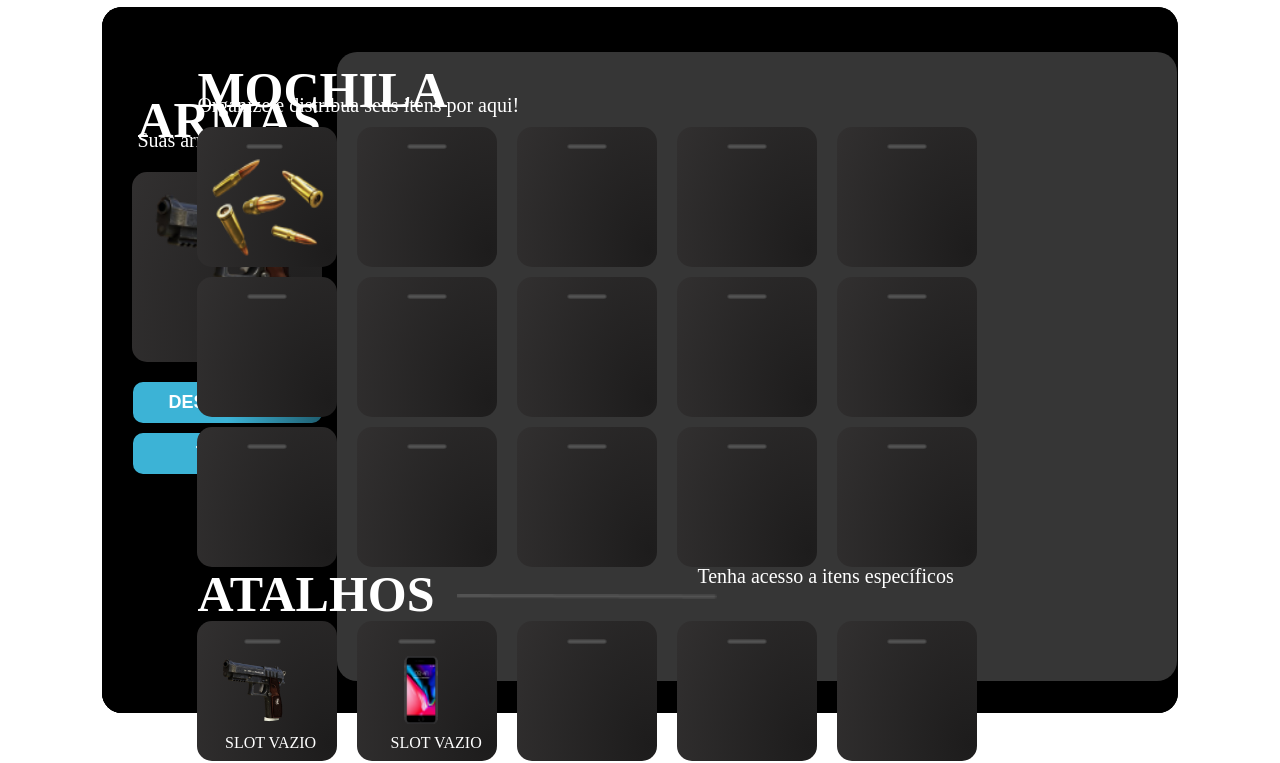
Repository: DuMCorrea/Mochila
Page: index.html
These files come from the project's save history. The page is drawn as it stood at one moment and after the next save; the edit follows.
The browser window is 1280 px wide. The pictures show the whole page.
Some web fonts or font styles are not loaded; a fallback is used.

Above is the page before, as saved 2024-09-03 10:25:41.

### index.html
<!DOCTYPE html>
<html lang="pt-BR">
<head>
    <meta charset="UTF-8">
    <meta name="viewport" content="width=device-width, initial-scale=1.0">
    <link href="https://fonts.googleapis.com/css2?family=Baloo+Bhai+2&display=swap" rel="stylesheet">
    <title>Modelo de Tela</title>
    <link rel="stylesheet" href="styles.css">
</head>
<body>
    <div class="container">
        <div class="background-rectangle">
            <div class="left-div">
                <div class="content-left">
                    <h1>ARMAS</h1>
                    <p>Suas armas equipadas!</p>
                    <div class="image-container">
                        <img src="assets/ARMA.png" alt="Imagem" />
                    </div>
                    <button class="desequipar-btn">DESEQUIPAR</button>
                    <button class="todas">TODAS</button>
                </div>
            </div>
            <div class="right-div">
                <div class="content-right">
                    <h1>MOCHILA</h1>
                    <p>Organize e distribua seus itens por aqui!</p>
                    <div class="squares-container">
                        <div class="square">
                            <img src="assets/traco.png" alt="Imagem" class="square-image-unic">
                            <img src="assets/balas.png" alt="Imagem" class="shots-image">
                        </div>
                        <div class="square">
                            <img src="assets/traco.png" alt="Imagem" class="square-image">
                        </div>
                        <div class="square">
                            <img src="assets/traco.png" alt="Imagem" class="square-image">
                        </div>
                        <div class="square">
                            <img src="assets/traco.png" alt="Imagem" class="square-image">
                        </div>
                        <div class="square">
                            <img src="assets/traco.png" alt="Imagem" class="square-image">
                        </div>
                    </div>
                    <!-- Segunda linha de quadrados -->
                    <div class="squares-containerr">
                        <div class="square">
                            <img src="assets/traco.png" alt="Imagem" class="square-image">
                        </div>
                        <div class="square">
                            <img src="assets/traco.png" alt="Imagem" class="square-image">
                        </div>
                        <div class="square">
                            <img src="assets/traco.png" alt="Imagem" class="square-image">
                        </div>
                        <div class="square">
                            <img src="assets/traco.png" alt="Imagem" class="square-image">
                        </div>
                        <div class="square">
                            <img src="assets/traco.png" alt="Imagem" class="square-image">
                        </div>
                    </div>

                    <!-- Terceira linha de quadrados -->
                    <div class="squares-containerrr">
                        <div class="square">
                            <img src="assets/traco.png" alt="Imagem" class="square-image">
                        </div>
                        <div class="square">
                            <img src="assets/traco.png" alt="Imagem" class="square-image">
                        </div>
                        <div class="square">
                            <img src="assets/traco.png" alt="Imagem" class="square-image">
                        </div>
                        <div class="square">
                            <img src="assets/traco.png" alt="Imagem" class="square-image">
                        </div>
                        <div class="square">
                            <img src="assets/traco.png" alt="Imagem" class="square-image">
                        </div>
                        </div>
                        <div class="atalhos-title-container">
                            <h1 class="atalhos-title">
                                ATALHOS
                                <img src="assets/linhaGrande.png" alt="Descrição da Imagem" class="atalhos-image">
                                <p class="atalhos-paragraph">Tenha acesso a itens específicos</p>
                            </h1>
                        </div>
                        <div class="shortcuts-container">
                            <div class="square">
                                <img src="assets/traco.png" alt="Imagem" class="square-image-unicc">
                                <img src="assets/ARMA.png" class="arma-image">
                                <p style="font-size: 16px; position: relative; top: 60px; right: 50px; white-space: nowrap;" >SLOT VAZIO</p>
                            </div>
                            <div class="square">
                                <img src="assets/traco.png" alt="Imagem" class="square-image-unicc">
                                <img src="assets/celular.png" class="cell-image">
                                <p  style="font-size: 16px; position: relative; top: 60px; right: 50px; white-space: nowrap;" >SLOT VAZIO</p>
                            </div>
                            <div class="square">
                                <img src="assets/traco.png" alt="Imagem" class="square-image">
                            </div>
                            <div class="square">
                                <img src="assets/traco.png" alt="Imagem" class="square-image">
                            </div>
                            <div class="square">
                                <img src="assets/traco.png" alt="Imagem" class="square-image">
                            </div>
                        </div>

                        </div>
                        </div>
                        </div>
                        </div>
                        </body>

                        </html>

### styles.css
body, html {
    margin: 0;
    padding: 0;
    width: 100%;
    height: 100%;
    display: flex;
    justify-content: center;
    align-items: center;
    background-color: white; /* Fundo preto para o body */
    font-family: 'Baloo Bhai 2', cursive; /* Aplicando a fonte Baloo Bhai */
}

.container {
    width: 84%; /* Largura da div principal */
    height: 98%; /* Altura da div principal */
    display: flex;
    justify-content: center;
    align-items: center;
    background-color: #000000; /* Fundo preto para a div principal */
    border-radius: 20px; /* Canto arredondado */
    font-family: 'Baloo Bhai 2', cursive; /* Aplicando a fonte Baloo Bhai */
}

.background-rectangle {
    width: 100%;
    height: 100%;
    background: #000000; /* Fundo preto para o retângulo principal */
    border-radius: 20px; /* Cantos arredondados */
    display: flex;
}

.left-div {
    width: 22%; /* 25% da largura da tela */
    height: 100%;
    background-color: #000000; /* Fundo preto para a div esquerda */
    display: flex;
    justify-content: center;
    align-items: center;
    border-radius: 20px 0 0 20px; /* Canto arredondado à esquerda */
    font-family: 'Baloo Bhai 2', cursive; /* Aplicando a fonte Baloo Bhai */
}

.right-div {
    width: calc(110% - 20px); /* 73% da largura da tela menos a margem */
    height: calc(92% - 20px); /* 95% da altura menos a margem */
    background-color: #363636; /* Fundo cinza para a div direita */
    display: flex;
    justify-content: center;
    align-items: center;
    margin: 45px; /* Margem em torno da div da direita */
    border-radius: 20px; /* Cantos arredondados */
    font-family: 'Baloo Bhai 2', cursive; /* Aplicando a fonte Baloo Bhai */
}


/* DIV DA ESQUERDA */

.content-left {
    text-align: justify; /* Justifica o texto */
    display: flex;
    flex-direction: column;
    justify-content: flex-start; /* Alinha os elementos ao topo da div */
    align-items: center; /* Centraliza horizontalmente */
    height: 100%; /* Ocupa toda a altura da div esquerda */
    padding-top: 100px; /* Adiciona um espaçamento do topo */
}

.left-div h1 {
    color: white; /* Cor branca para o título */
    font-size: 50px; /* Tamanho da fonte do título */
    margin-bottom: -20px; /* Espaçamento negativo para aproximar o parágrafo */
    font-weight: 900;
    width: 100%; /* Para garantir que a justificação funcione */
    text-align: justify; /* Justifica o texto do título */
    position: relative;
    left: 35px;
}

.left-div p {
    color: white; /* Cor branca para a frase */
    font-size: 20px; /* Tamanho da fonte da frase */
    margin-top: 0; /* Remove a margem superior do parágrafo */
    width: 100%; /* Para garantir que a justificação funcione */
    text-align: justify; /* Justifica o texto da frase */
    font-weight: 100;
    position: relative;
    left: 35px;
}

.image-container {
    width: 190px; /* Largura do quadrado */
    height: 190px; /* Altura do quadrado */
    background: radial-gradient(547.21% 823.76% at 94.51% 88.04%, #1D1C1C 0%, #837E7E 100%); /* Fundo com gradiente */
    border-radius: 15px; /* Borda arredondada */
    display: flex;
    justify-content: center;
    align-items: center;
    margin-top: 0px; /* Espaçamento acima da imagem */
    position: relative;
    left: 30px;
}

.image-container img {
    width: 85%; /* Ajusta o tamanho da imagem para caber no container */
    height: 85%; /* Ajusta o tamanho da imagem para caber no container */
    border-radius: 15px; /* Borda arredondada da imagem para combinar com o container */
}

.desequipar-btn {
    margin-top: 20px; /* Espaçamento acima do botão */
    padding: 10px 20px; /* Espaçamento interno do botão */
    background: linear-gradient(90deg, #3CB3D6 49.9%, #1F5E70 100%); /* Fundo com gradiente */
    color: white; /* Cor do texto */
    font-size: 18px; /* Tamanho da fonte */
    font-weight: bold; /* Negrito no texto */
    border: none; /* Remove a borda padrão do botão */
    border-radius: 10px; /* Bordas arredondadas */
    cursor: pointer; /* Cursor de ponteiro ao passar o mouse */
    text-align: center; /* Centraliza o texto no botão */
    width: 189px; /* Largura do botão */
    position: relative;
    left: 30px;
}

.todas {
    margin-top: 10px; /* Espaçamento acima do botão */
    padding: 10px 20px; /* Espaçamento interno do botão */
    background: linear-gradient(90deg, #3CB3D6 49.9%, #1F5E70 100%); /* Fundo com gradiente */
    color: white; /* Cor do texto */
    font-size: 18px; /* Tamanho da fonte */
    font-weight: bold; /* Negrito no texto */
    border: none; /* Remove a borda padrão do botão */
    border-radius: 10px; /* Bordas arredondadas */
    cursor: pointer; /* Cursor de ponteiro ao passar o mouse */
    text-align: center; /* Centraliza o texto no botão */
    width: 189px; /* Largura do botão */
    position: relative;
    left: 30px;
}


/* DIV DA DIREITA */


.content-right {
    display: flex;
    flex-direction: column;
    justify-content: flex-start; /* Alinha os elementos ao topo da div */
    align-items: flex-start; /* Alinha os elementos à esquerda */
    height: 100%; /* Ocupa toda a altura da div direita */
    padding: 20px; /* Adiciona um espaçamento interno */
}

.right-div h1 {
    color: white; /* Cor branca para o título */
    font-size: 50px; /* Tamanho da fonte do título */
    margin-bottom: -20px; /* Espaçamento negativo para aproximar o parágrafo */
    font-weight: 900;
    width: 100%; /* Para garantir que a justificação funcione */
    text-align: left; /* Alinha o texto à esquerda */
    position: relative; /* Posicionamento relativo para o elemento abaixo */
    right: 160px;
    bottom: 25px;
}

.right-div p {
    color: white; /* Cor branca para a frase */
    font-size: 20px; /* Tamanho da fonte da frase */
    margin-top: 0; /* Remove a margem superior do parágrafo */
    width: 100%; /* Para garantir que a justificação funcione */
    text-align: left; /* Alinha o texto à esquerda */
    font-weight: 100;
    position: relative; /* Posicionamento relativo para o elemento abaixo */
    right: 160px;
    bottom: 30px;
}

.squares-container {
    display: flex; /* Exibe os quadrados em linha */
    justify-content: center; /* Centraliza os quadrados horizontalmente */
    align-items: center; /* Centraliza os quadrados verticalmente */
    width: 100%; /* Largura total para o contêiner */
    height: 50%; /* Altura do contêiner */
    position: relative;
    right: 170px;
    bottom: 40px;
}

.squares-containerr {
    display: flex; /* Exibe os quadrados em linha */
    justify-content: center; /* Centraliza os quadrados horizontalmente */
    align-items: center; /* Centraliza os quadrados verticalmente */
    width: 100%; /* Largura total para o contêiner */
    height: 50%; /* Altura do contêiner */
    position: relative;
    right: 170px;
    bottom: 30px;

}
.squares-containerrr {
    display: flex; /* Exibe os quadrados em linha */
    justify-content: center; /* Centraliza os quadrados horizontalmente */
    align-items: center; /* Centraliza os quadrados verticalmente */
    width: 100%; /* Largura total para o contêiner */
    height: 50%; /* Altura do contêiner */
    position: relative;
    right: 170px;
    bottom: 20px;
}

.square {
    width: 140px; /* Largura dos quadrados */
    height: 140px; /* Altura dos quadrados */
    background: radial-gradient(547.21% 823.76% at 94.51% 88.04%, #1D1C1C 0%, #837E7E 100%); /* Gradiente de fundo */
    border-radius: 15px; /* Bordas arredondadas */
    margin: 0 10px 0px 10px; /* Espaçamento entre os quadrados e entre as linhas */
    display: flex;
    justify-content: center; /* Centraliza horizontalmente o conteúdo */
    align-items: center; /* Centraliza verticalmente o conteúdo */
}

.square-image {
    width: 40px; /* Tamanho da imagem dentro dos quadrados */
    height: 5px;
    position: relative;
    bottom: 50px;
}

.square-image-unic {
    width: 40px; /* Tamanho da imagem dentro dos quadrados */
    height: 5px;
    position: relative;
    bottom: 50px;
    left: 60px;
}

.shots-image {
    width: 90%; /* Tamanho da imagem dentro dos quadrados */
    height: 70%;
    position: relative;
    top: 10px;
    right: 20px;
}


.shortcuts-container {
    display: flex;
    justify-content: center;
    align-items: center;
    width: 100%;
    position: relative;
    right: 170px;
    bottom: 80px;
}

.atalhos-title-container {
    display: flex;
    align-items: center;
    justify-content: flex-start;
    position: relative;
    right: 0px;
    bottom: 30px;
}

.atalhos-image {
    width: 260px; /* Ajuste o tamanho da imagem conforme necessário */
    height: 5px;
    position: relative;
    bottom: 12px;
    left: 10px;
}

.atalhos-paragraph {
    color: white;
    font-size: 20px; /* Ajuste o tamanho do texto conforme necessário */
    position: relative;
    top: -58px;
    left: 500px;
}

.arma-image {
    width: 70px; /* Ajuste o tamanho da imagem conforme necessário */
    height: 70px;
    position: relative;
    bottom: 1px;
    left: 13px;
}

.cell-image {
    width: 80px; /* Ajuste o tamanho da imagem conforme necessário */
    height: 80px;
    position: relative;
    bottom: 1px;
    left: 20px;
}

.square-image-unicc {
    width: 40px; /* Tamanho da imagem dentro dos quadrados */
    height: 5px;
    position: relative;
    bottom: 50px;
    left: 75px;
}

After the next save:
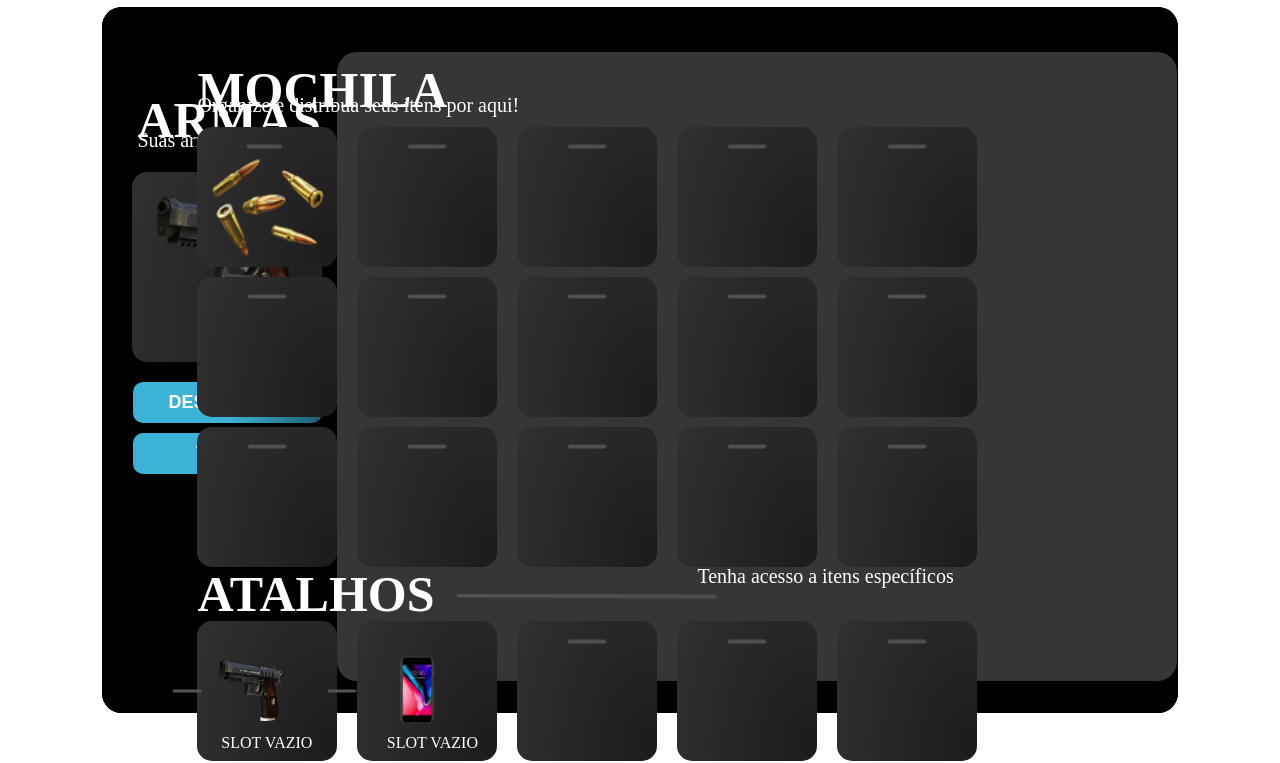
Saved 8 min 7 s later.
--- a/styles.css
+++ b/styles.css
@@ -293,11 +293,3 @@ body, html {
     bottom: 1px;
     left: 20px;
 }
-
-.square-image-unicc {
-    width: 40px; /* Tamanho da imagem dentro dos quadrados */
-    height: 5px;
-    position: relative;
-    bottom: 50px;
-    left: 75px;
-}

After the save that followed:
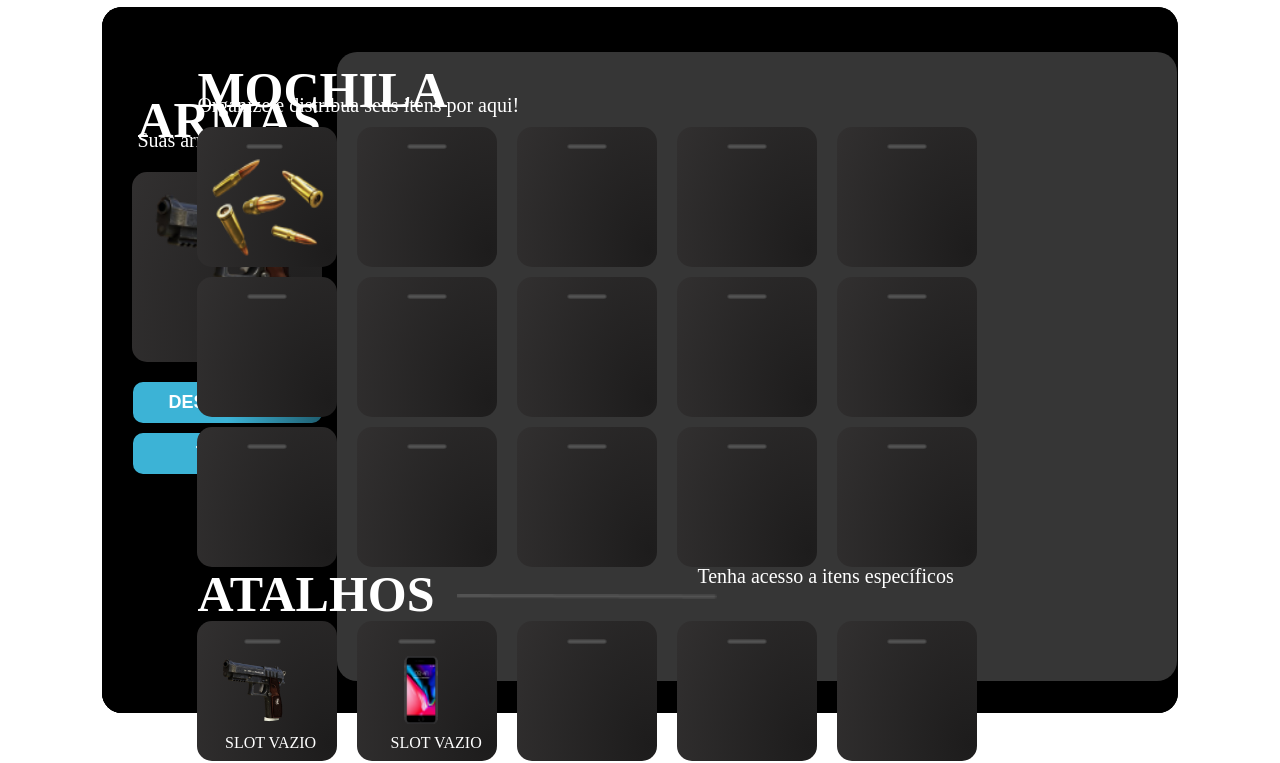
Saved 10 s later.
--- a/styles.css
+++ b/styles.css
@@ -293,3 +293,11 @@ body, html {
     bottom: 1px;
     left: 20px;
 }
+
+.square-image-unicc {
+    width: 40px; /* Tamanho da imagem dentro dos quadrados */
+    height: 5px;
+    position: relative;
+    bottom: 50px;
+    left: 75px;
+}
